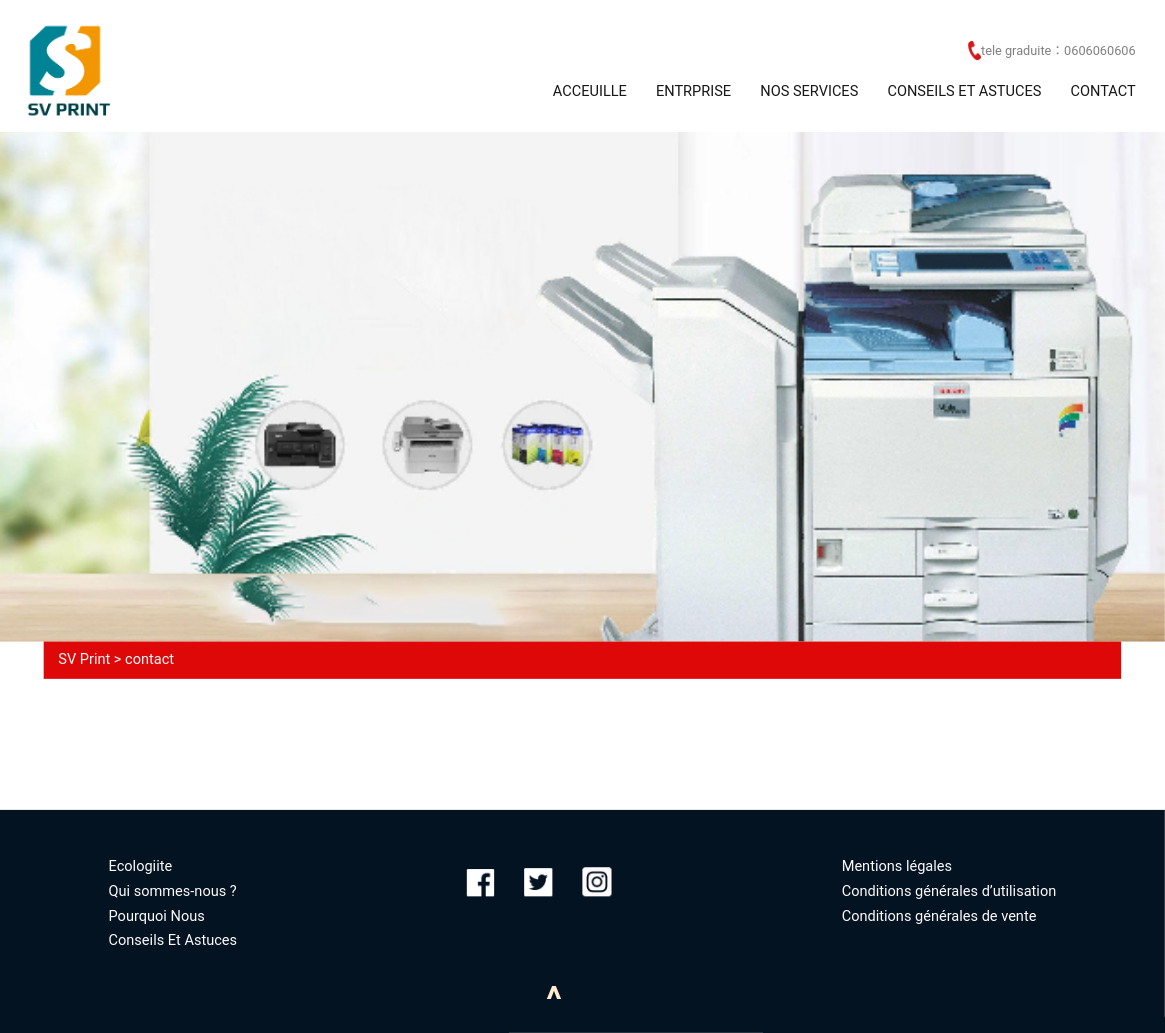
Repository: clairedupuich/sv_print
Page: service.html
The author's editor kept a copy of each file at every save. The page is drawn from the files as they stood at one save, then again after the next save.
The browser window is 1280 px wide. The pictures show the whole page, at 91% of full size.

Above is the page before, as saved 2020-12-04 01:10:34.
Console error: TypeError: Cannot read properties of null (reading 'appendChild')

### service.html
<!doctype html>
<html>
<head>
  <meta charset="utf-8">
  <meta name="viewport"
        content="width=device-width, initial-scale=1, user-scalable=no">
<title>SV Print</title>

<link href="style.css" rel="stylesheet" type="text/css">
<script src="print.js" type="text/javascript"></script>
</head>
<body>
<header id="fh5co-header">




  <div class="logo_nav"id="logo_nav">
    <img src="img/logo4.png" alt="SV Print" class="logo" />
     <div class="nav_tele">
      <div class="tel">
        <img src="img/call.png" class="margin-small-right"
        alt="" />tele graduite：0606060606</div>
    <ul class="nav nav-menu nav-inline nav-split nav-right text-big">
      <li id="liHome" class="home"> <a href="">ACCEUILLE</a></li>
      <li id="liabout-us" class="dropdown"><a href="">ENTRPRISE</a></li>
      <li id="liproducts" class="dropdown"><a href="">NOS SERVICES</a></li>
      <li class="side_nav1" id="cat2"><a href="">CONSEILS ET ASTUCES</a></li>
      <li class="side_nav1" id="cat1"><a href="">CONTACT</a></li>
    </ul>
    </div>
  </div>
</header>



    <div id="view">
      <ul id="img_list">
        <li id="slider1" class="owl-item"><img src="img/img_slider_1.png" class="img_slider" alt=""></li>
        <ul class="boutton_change">
          <a href="#slider5"><li><b> < </b></li></a>
          <a href="#slider2"><li><b> > </b></li></a>
        </ul>
        <li id="slider2" class="owl-item"><img src="img/Group 4.png" alt="" class="img_slider"></li>
        <ul class="boutton_change">
          <a href="#slider1"><li><b> < </b></li></a>
          <a href="#slider3"><li><b> > </b></li></a>
        </ul>
        <li id="slider3" class="owl-item"><img src="img/img_slider_31.png" alt="" class="img_slider"></li>
        <ul class="boutton_change">
          <a href="#slider2"><li><b> < </b></li></a>
          <a href="#slider4"><li><b> > </b></li></a>
        </ul>
        <li id="slider4" class="owl-item"><img src="img/promo.png" alt="" class="img_slider"></li>
        <ul class="boutton_change">
          <a href="#slider3"><li><b> < </b></li></a>
          <a href="#slider4"><li><b> > </b></li></a>
        </ul>
      </ul>
    </div>

<div class="blankbig"></div>
<!-- 临时图片 -->
<div class="img_big">
  <!-- <h3>Notre philosophie</h3>
  <p>"Ne vous plaignez jamais du client à caractère difficile car il est la caust de vos progrès"<br><br>Auguste Detoeuf</p> -->
</div>



<main>
  <div class="red">
    <p>SV Print > contact</p>
  </div>
  <div class="container_cont">


  </div>
</main>



          <footer>
            <div class="textFooterC">
                <div class="texFooter">
                    <a href="" class="textFooterEle">Ecologiite</a>
                    <a href="" class="textFooterEle">Qui sommes-nous ? </a>
                    <a href="" class="textFooterEle">Pourquoi Nous</a>
                    <a href="" class="textFooterEle">Conseils Et Astuces</a>

                </div>
                <div class="texFooter1 icon_footer">
                  <img src="img/Vector 1.png" alt="" class="iconFooter">
                  <img src="img/Vector2.png" alt="" class="iconFooter">
                  <img src="img/Vector 3.png" alt="" class="iconFooter">
                </div>
                <div class="texFooter">
                    <a href="" class="textFooterEle">Mentions légales</a>
                    <a href="" class="textFooterEle">Conditions générales d’utilisation</a>
                    <a href="" class="textFooterEle">Conditions générales de vente</a>
                </div>
            </div>
            <a href="#logo_nav" class="return_top"> ^ </a>
        </footer>
				</body>
</html>

### style.css
/* 主要部分 style.css */
* {
    margin: 0;
    padding: 0;
    list-style: none;
    text-decoration: none;
}

body {
    font-family: Roboto, Oxygen, Ubuntu, Cantarell, 'Open Sans', 'Helvetica Neue', sans-serif;
    font-size: 16px;
    line-height: 1.8;
    color: #3a3939;
    background: #FFF;
    height: 100%;

}

a:hover {
    text-decoration: none;
}


h1,
h2,
h3,
h4 {
    text-align: center;
    font-size: 1.5em;
    font-weight: bolder;
}
.logo {
    width: 12%;
    min-width: 4em;
    height: 12%;
    min-width: 4em;
}
.nav_tele {
    margin-right: 2em;
}
.tel {
    display: block;
    margin-bottom: 1.5em;
    text-align: right;
    line-height: 20px;
    color: #808080;
    font-size: 14px
}

.tel img {
    vertical-align: middle;
}

.logo_nav {
    display: flex;
    flex-direction: row;
    flex-wrap: wrap;
    align-items: center;
    margin-top: 1em;
    justify-content: space-between;
}
.logo_nav ul {
    display: flex;
    flex-direction: row;
    flex-wrap: wrap;
    align-items: center;
    justify-content: space-around;
    list-style: none;

}
.logo_nav ul li {
    margin-left: 2em;
}
.logo_nav ul li a{

    text-decoration: none;
    color: rgb(24, 22, 22);
    text-align: center;
}
.logo_nav ul li:hover {
     background-color: rgb(78, 120, 135);
     background-clip: content-box;

}
/* nav 结束 */

/* slider */

.img_slider {
    width: 100%;
    height: 45em;
    position: absolute;
}
#view {
    position: relative;
    width: 100%;
    overflow: hidden;
}
#view:after {
    content: '.';
    display: block;
    clear: both;
    height: 0;
    visibility: hidden;
  }
  #img_list {
    position: absolute;
    width: 100%;
  }
  #img_list li {
    float: left;
     width: 100%;
    height:46em;
  }
.blankbig {
    clear: both;
}


.boutton_change {
    display: flex;
    flex-direction: row;
    justify-content: space-around;
    cursor: pointer;
    padding: 2em 46% 0;
  }
  .boutton_change a {
    color: #000000;
    text-decoration: none;
  }
  .boutton_change a li {
    list-style: none;
  }

.container {
    display: flex;
    flex-direction: row;
    flex-wrap: wrap;
    align-items: center;
    justify-content: center;
    margin: 3.5em auto;
    text-align: center;
}
/* image replace */
.img_big {
    background-image: url(img/slider_img1.png);
    background-position: center;
    background-repeat: no-repeat;
    background-size: cover;
    height: 19em;
    padding: 12em 2em 4em 30em;
    color: ivory;
}
.img_big p {
    padding-left: 17em;
    margin-top: 3em;
}


/* footer commence */
footer {

    color: snow;
    margin-top: 2em;
    width: 100%;
    background-color: #031322;
    margin-bottom: 0;
}
.textFooterC {
    display: flex;
    flex-direction: row;
    flex-wrap: wrap;
    justify-content: space-around;
    padding-top: 3em;
    padding-bottom: 1em;
}
.texFooter {
    display: flex;
    flex-direction: column;
    line-height: 1.7em;

}

.textFooterEle {
    text-decoration: none;
    list-style: none;
    color: snow;
}
.iconsFooter {
    background-color: #0F4C81;
    text-align: center;
}
.iconFooter{
   padding: 0.9em;
}
.return_top {
    width: 100%;
    font-size: 2.5em;
    font-weight: bold;
    color: blanchedalmond;
    text-align: center;
    margin-left: 15em;
    /* margin-bottom: -3em; */
}

/* page contact commance */
.red {
    margin: 0 3em;
    padding: .4em 1em;
    background-color: rgb(223, 8, 8);
    color: snow;
    margin-bottom: 6em;
}
.container_cont {
    margin: 3em;
    display: flex;
    flex-direction: row;
    justify-content: space-between;
}
.top {
    width: 30%;
    min-width: 20em;
    text-align: center;
    margin-bottom: 2em;

}

.about_us {
    border: solid rgb(201, 197, 197) 3px;
    line-height: 3em;
}
.li_left {
    padding: 2em auto;
    color: black;
    border: solid rgb(201, 197, 197) 3px;
}
.li_left:hover {
    background-color: rgb(201, 197, 197);
}
.li_left a {
    color: rgb(26, 24, 24);
}
.titre {
    padding: 2.5em auto;
    color: snow;
    background-color:  rgb(223, 8, 8);;
    font-size: 1.5em;
    font-weight: bold;
}
.bottom {
    width: 30%;
    min-width: 20em;
    text-align: left;
}
.bottom p {
    font-size: .8em;
    border: solid rgb(201, 197, 197) 4px;
    padding: 1.7em;
}

.presant {
    width: 80%;
    margin-left: 7em;
    margin-bottom: 8em;
}
.avandage_e {
    display: flex;
    flex-direction: row;
    justify-content: space-around;
}
.avantage_tex {
    width: 39%;
    text-align: center;
}
.img_avan {
    border-radius: 50%;
    width: 16em;
    height:16em ;
}

### print.js
/* for the slider */
var img_list = document.getElementById('img_list');
setInterval(function () {
    img_list.appendChild(img_list.firstChild);
}, 2500)

After the next save:
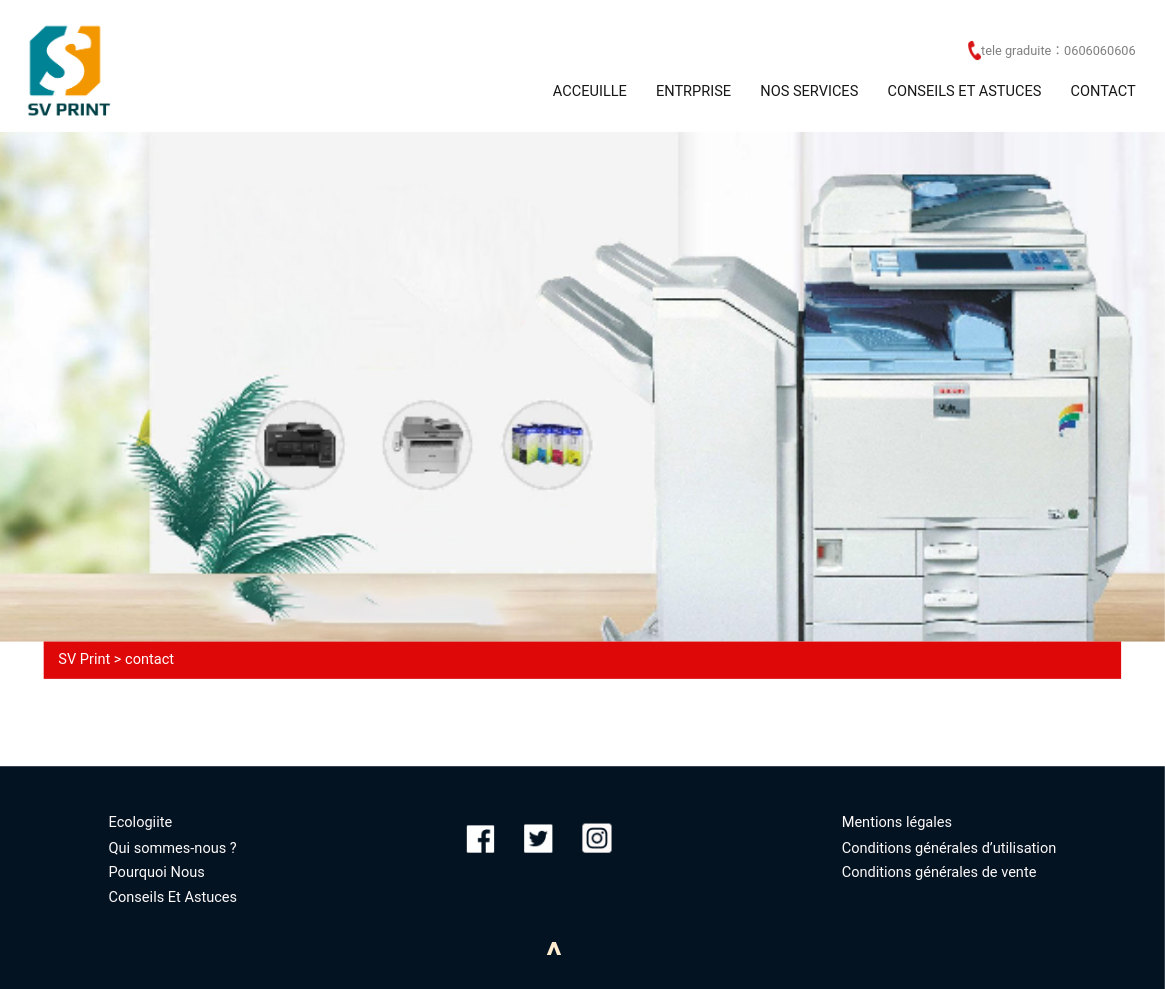
Saved 5 s later.
--- a/service.html
+++ b/service.html
@@ -72,7 +72,7 @@
   <div class="red">
     <p>SV Print > contact</p>
   </div>
-  <div class="container_cont">
+  <div class="container_">
 
 
   </div>
